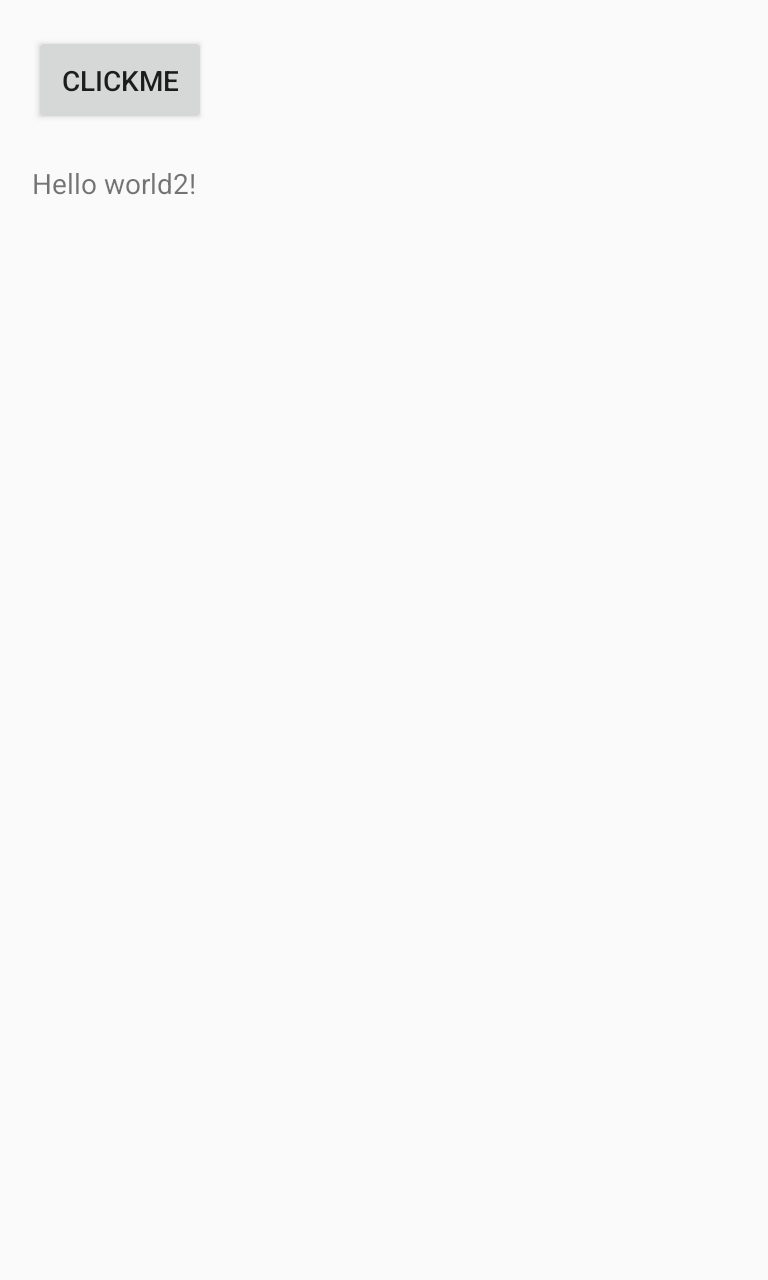
Repository: vphilippon/IFT606_Project
Layout: workspace/WifiApp/res/layout/fragment_detailed_scan_result.xml
These files come from the project's save history. The layout is drawn as it stood at one moment and after the next save; the edit follows.
It is drawn on a 768 x 1280 px phone screen (xhdpi) without system bars, with theme AppTheme; the app's code is not run.

Above is the layout before, as saved 2014-07-14 03:38:24.

### workspace/WifiApp/res/layout/fragment_detailed_scan_result.xml
<RelativeLayout xmlns:android="http://schemas.android.com/apk/res/android"
    xmlns:tools="http://schemas.android.com/tools"
    android:layout_width="match_parent"
    android:layout_height="match_parent"
    android:paddingBottom="@dimen/activity_vertical_margin"
    android:paddingLeft="@dimen/activity_horizontal_margin"
    android:paddingRight="@dimen/activity_horizontal_margin"
    android:paddingTop="@dimen/activity_vertical_margin"
    tools:context="com.example.wifiapp.DetailedScanResultActivity$PlaceholderFragment" >

    <Button
        android:id="@+id/btn1"
        android:layout_width="wrap_content"
        android:layout_height="wrap_content"
        android:onClick="func"
        android:text="@string/btnTest" />

    <TextView
        android:id="@+id/helloWorldID"
        android:layout_width="wrap_content"
        android:layout_height="wrap_content"
        android:layout_alignLeft="@+id/btn1"
        android:layout_below="@+id/btn1"
        android:layout_marginTop="18dp"
        android:text="@string/hello_world" />

</RelativeLayout>

### workspace/WifiApp/res/values/strings.xml
<?xml version="1.0" encoding="utf-8"?>
<resources>

    <string name="app_name">WifiApp</string>
    <string name="default_str">Default</string>

    <!-- Shared string for confirmation dialogs -->
    <string name="dialog_yes">Yes</string>
    <string name="dialog_no">No</string>
    <string name="dialog_cancel">Cancel</string>

    <!-- Strings from the scan activity -->
    <string name="scan_start_action">Scan networks</string>
    <string name="scan_delete_action">Delete all entries</string>
    <string name="scan_stop_action">Stop scan</string>
    <string name="scan_result_label">Network count : </string>
    <string name="scan_result_count_default">0 (Network not scanned)</string>
    <string name="scan_result_show_more">Show more</string>
    <string name="scan_result_launch_hotspot">Copy NetWork</string>
    <string name="launch_hotspot_confirmation_title">Launching hotspot with a specific configuration </string>
    <string name="launch_hotspot_confirmation_message">Current Wifi connection will be shut down for emission. Are you sure you want to launch a network like \'%s\' ? </string>
    <string name="hello_world">Hello world2!</string>
    <string name="btnTest">ClickMe</string>
    <string name="title_activity_detailed_scan_result">DetailedScanResultActivity</string>
    <string name="action_settings">Settings</string>
    <string name="title_activity_host_hot_spot">HostHotSpotActivity</string>

</resources>

Loaded but not shown: workspace/WifiApp/res/values/styles.xml (common file); workspace/WifiApp/res/values-v11/styles.xml (common file); workspace/WifiApp/res/values-v14/styles.xml (common file); workspace/WifiApp/res/values/dimens.xml (common file); workspace/WifiApp/res/values-w820dp/dimens.xml (common file)

After the next save:
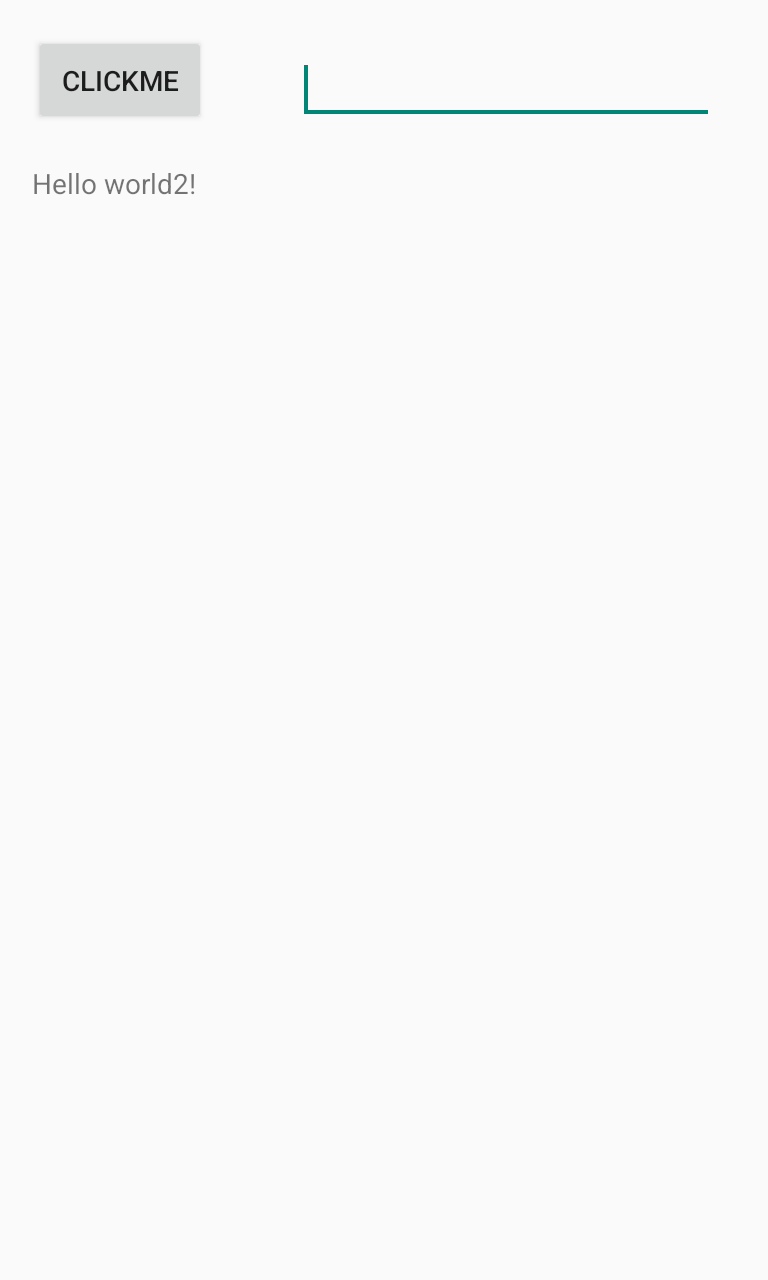
Saved 73 s later.
--- a/workspace/WifiApp/res/layout/fragment_detailed_scan_result.xml
+++ b/workspace/WifiApp/res/layout/fragment_detailed_scan_result.xml
@@ -24,4 +24,16 @@
         android:layout_marginTop="18dp"
         android:text="@string/hello_world" />
 
+    <EditText
+        android:id="@+id/editText1"
+        android:layout_width="wrap_content"
+        android:layout_height="wrap_content"
+        android:layout_above="@+id/helloWorldID"
+        android:layout_marginLeft="44dp"
+        android:layout_toRightOf="@+id/btn1"
+        android:ems="10" >
+
+        <requestFocus />
+    </EditText>
+
 </RelativeLayout>
